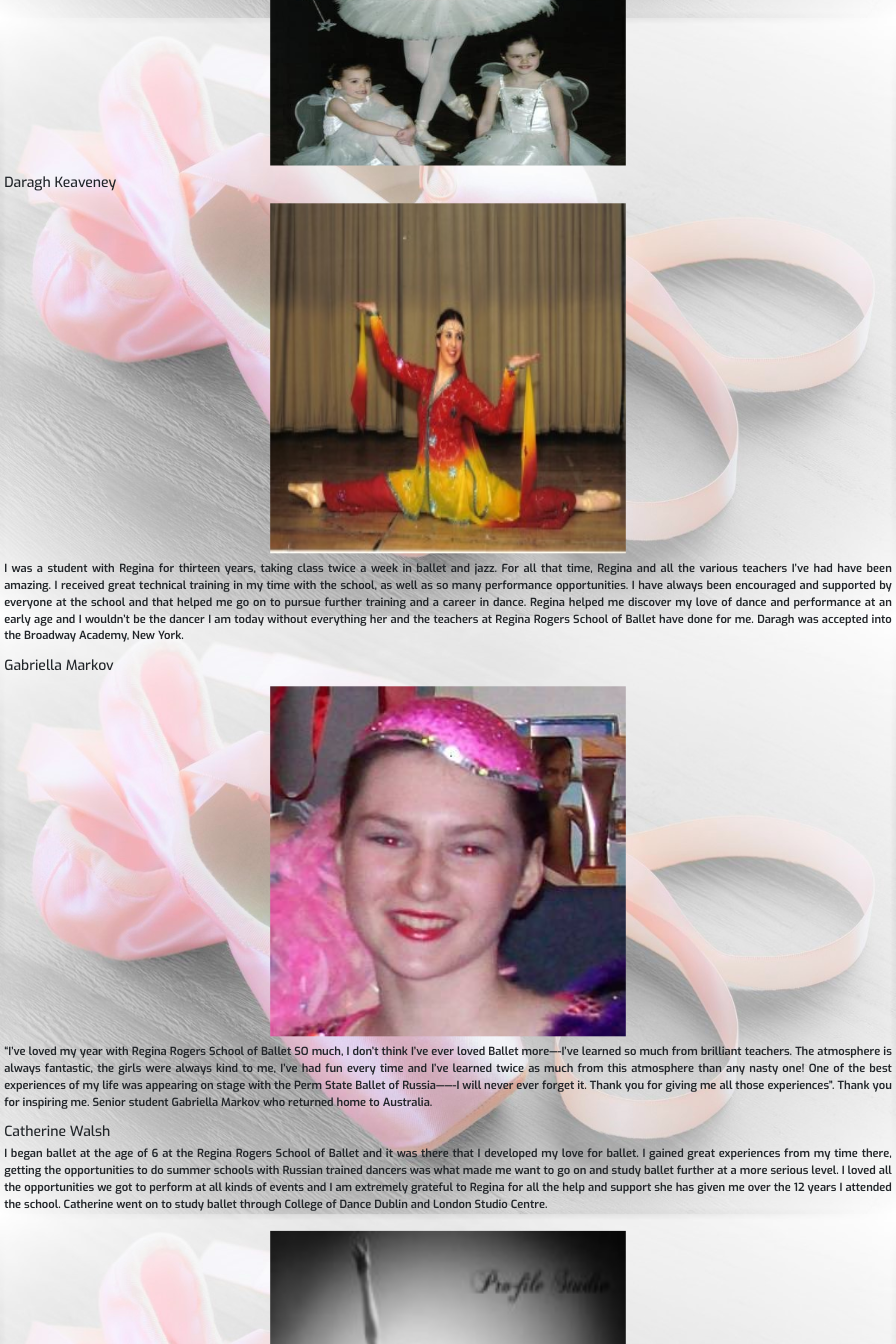
Repository: davidtmiller2010/galwayballet
Page: Testimonial.html
The author's editor kept a record of every edit. The page is drawn from the files as they stood at one moment, then again after the next edit.
The browser window is 1280 px wide. The pictures show the part of the page from y = 829 to 2749 px (the page is 3175 px tall before and 3207 px after), at 70% of full size.

Above is the page before.

### Testimonial.html
<!DOCTYPE html>
<html lang="en">

<head>
    <meta charset="UTF-8">
    <meta name="viewport" content="width=device-width, initial-scale=1.0">
    <meta http-equiv="X-UA-Compatible" content="ie=edge">
    <link rel="stylesheet" href="https://stackpath.bootstrapcdn.com/bootstrap/4.3.1/css/bootstrap.min.css" type="text/css" />
    <link rel="stylesheet" href="https://stackpath.bootstrapcdn.com/font-awesome/4.7.0/css/font-awesome.min.css" type="text/css" />
    <link rel="stylesheet" href="assets/CSS/style1.css" type="text/css" />
    <link href="https://fonts.googleapis.com/css?family=Exo|Roboto" rel="stylesheet">
    <link href="https://fonts.googleapis.com/css?family=Dancing+Script" rel="stylesheet">
    <title>Regina Rogers</title>
</head>

<body>
    <header>
        <div class="navbar ">
            <ul>
                <li><a href="index.html" class=" col-12  col-2"><i class="fa fa-home fa-lg"> Home</i></a></li>
                <li><a href="Classes.html" class=" col-12  col-2"><i class="fa fa-graduation-cap fa-lg"> Classes</i></a></li>
                <li><a href="News.html" class=" col-12  col-2"><i class="fa fa-calendar fa-lg"> News & Events</i></a></li>
                <li><a href="Testimonial.html" class="active col-12  col-2"><i class="fa fa-quote-right fa-lg"> Testimonials</i></a></li>
                <li><a href="Gallery.html" class=" col-12  col-2"><i class="fa fa-image fa-lg"> Gallery</i></a></li>
                <li><a href="Contact.html" class=" col-12  col-2"><i class="fa fa-phone-square fa-lg"> Contact Us</i></a></li>
            </ul>
        </div>
    </header>
    <section class="container-fluid">
        <div class="logo">
            <!---logo--->
        </div>
        <h2 class=heading>Testimonials</h2>
        <div class="row">
            <div class="testimonials">
                <h5 class="testhead">Laura Gaffney</h5>
                <p>I had the absolute honour of spending sixteen years as a member of the Regina Rogers School of Ballet. From the young age of six Regina ignited a love of ballet in me, her sheer grace and dedication shone through in every aspect of her
                    teaching. I cannot thank Regina enough for teaching me how to dance from the tips of my fingers to the tips of my toes. Every year Regina gave us the opportunity to perform in shows as well as numerous appearances at public events.
                    Each student, regardless of grade or ability, was given an equal opportunity to shine. Behind the scenes, Regina was giving us extra practice sessions, advice and constant encouragement. Ballet requires years of hard work and patience,
                    but the results are so rewarding. Elegance, determination and commitment are a few of the many traits Regina instills in her students. I attended her classes from senior infants until well into my college years. I will be forever grateful
                    to Regina, not only for the skills I have learned(and earned!), but for her kindness and friendship throughout.</p>
                <img src="assets/images/laura.jpg" class="image">
                </div>
            <div class="col-sm-1">
            </div>
            <div class="testimonials">
                <h5>Daragh Keaveney</h5>
                <img src="assets/images/Daragh.jpg" class="image" >
                <p>I was a student with Regina for thirteen years, taking class twice a week in ballet and jazz. For all that time, Regina and all the various teachers I’ve had have been amazing. I received great technical training in my time with the school,
                    as well as so many performance opportunities. I have always been encouraged and supported by everyone at the school and that helped me go on to pursue further training and a career in dance. Regina helped me discover my love of dance
                    and performance at an early age and I wouldn’t be the dancer I am today without everything her and the teachers at Regina Rogers School of Ballet have done for me. Daragh was accepted into the Broadway Academy, New York.</p>
            </div>

            <div class="testimonials">
                <h5>Gabriella Markov</h5>
                <img src="assets/images/gabriella.jpg" class="image">
                <p>“I’ve loved my year with Regina Rogers School of Ballet SO much, I don’t think I’ve ever loved Ballet more—-I’ve learned so much from brilliant teachers. The atmosphere is always fantastic, the girls were always kind to me, I’ve had fun
                    every time and I’ve learned twice as much from this atmosphere than any nasty one! One of the best experiences of my life was appearing on stage with the Perm State Ballet of Russia——-I will never ever forget it. Thank you for giving
                    me all those experiences”. Thank you for inspiring me. Senior student Gabriella Markov who returned home to Australia.</p>
            </div>
            <div class="col-sm-1">
            </div>
            <div class=" testimonials">
                <h5>Catherine Walsh</h5>
                <p>I began ballet at the age of 6 at the Regina Rogers School of Ballet and it was there that I developed my love for ballet. I gained great experiences from my time there, getting the opportunities to do summer schools with Russian trained
                    dancers was what made me want to go on and study ballet further at a more serious level. I loved all the opportunities we got to perform at all kinds of events and I am extremely grateful to Regina for all the help and support she
                    has given me over the 12 years I attended the school. Catherine went on to study ballet through College of Dance Dublin and London Studio Centre.</p>
            <img src="assets/images/Catherine.jpg" class="image">
            </div>
        </div>
    </section>
    <footer>
        <div class="footermessage">
            <h7 class="uppercase general">Looking for ballet classes in galway?</h7><br/>
            <p class="inline-block footermessage">
                    We have classes in Galway City and Knocknacarra.
                    <br>
                    Contact Us:
                    <a href="Contact.html" target="_blank">
                     <i class="fa fa-phone-square infobutton" aria-hidden="true"></i>
                    </a>
                        <a target="_blank" href="https://www.facebook.com/Regina-Rogers-School-of-Ballet-568812096482190/">
                            <i class="fa fa-facebook infobutton " aria-hidden="true"></i>
                            <span class="sr-only">Facebook</span>
                        </a>
                        <a target="_blank" href="https://twitter.com/Twitter">
                            <i class="fa fa-twitter infobutton " aria-hidden="true"></i>
                            <span class="sr-only">Twitter</span>
                        </a>
                        <a target="_blank" href="https://www.instagram.com/instagram/">
                            <i class="fa fa-instagram infobutton " aria-hidden="true"></i>
                            <span class="sr-only">Instagram</span>
                        </a>
                </p>
        </div>
    </footer>
    <script src="https://code.jquery.com/jquery-3.3.1.slim.min.js" integrity="sha384-q8i/X+965DzO0rT7abK41JStQIAqVgRVzpbzo5smXKp4YfRvH+8abtTE1Pi6jizo" crossorigin="anonymous"></script>
    <script src="https://cdnjs.cloudflare.com/ajax/libs/popper.js/1.14.7/umd/popper.min.js" integrity="sha384-UO2eT0CpHqdSJQ6hJty5KVphtPhzWj9WO1clHTMGa3JDZwrnQq4sF86dIHNDz0W1" crossorigin="anonymous"></script>
    <script src="https://stackpath.bootstrapcdn.com/bootstrap/4.3.1/js/bootstrap.min.js" integrity="sha384-JjSmVgyd0p3pXB1rRibZUAYoIIy6OrQ6VrjIEaFf/nJGzIxFDsf4x0xIM+B07jRM" crossorigin="anonymous"></script>

</body>

### assets/CSS/style1.css
@import url('https://fonts.googleapis.com/css?family=Exo:100,200,300,400,500,600,700|Roboto:100,200,300,400,500,600,700');

/*----------colors---------*/

.bg-color-details {
    background: none;
    color: #6D4399;
}

.formbg {
    background: none;
}


.bg-color-contact {
    color: #6D4399;
    background: none;
}

/*----------Header---------*/

header {
    margin-bottom: 90px;
}

.navbar {
    overflow: hidden;
    background-color: #6D4399;
    position: fixed;
    top: 0;
    width: 100%;
    height: 90px;
    padding: 0;
    float: right;
}

ul {
    list-style-type: none;
    margin: 0;
    margin-top: 0;
    padding: 0;
    background-color: #6D4399;
}

li {
    float: left;
}

li a {
    display: block;
    color: #B4B7BC;
    text-align: center;
    padding: 14px 16px;
    text-decoration: none;
}

li a:hover:not(.active) {
    background-color: #B4B7BC;
}

li a:hover {
    color: white;
    background-color: #6D4399;
}

.active {
    background-color: #B4B7BC;
    color: #6D4399;
}


/*----------body---------*/

body {
    top: 20px;
    background-image: url("../images/balletshoes.jpg");
    background-size: 100%;
    font-family: "Exo", sans-serif;
}

.logo {
    background: #6D4399;
    background-image: url("../images/reginalogo3.jpg");
    background-position: center;
    background-repeat: no-repeat;
    background-size: contain;
    top: 0;
    width: 100%;
    position: relative;
    height: 150px;
    padding: 0;
    z-index: -1;
    margin: 0;
}


.row {
    margin-left: 5px;
    margin-right: 5px;
}

.paragraph {
    margin: 10px 0;
    text-align: justify;
    text-justify: inter-word;
    font-family: "Exo", Times, serif;
    font-size: 20px;
    font-weight: 500;
    z-index: -1;
}


/*----------Footer---------*/

footer {
    background: #6D4399;
    color: #6D4399;
    padding-bottom: 10px;
    margin: 0;
    text-align: center;
    height: 50px;
}

.footermessage {
    background-color: #B4B7BC;
    margin: 0;
    height: 50px;
    padding: 0px;
}

.infobutton {
    background-color: #B4B7BC;
    font-size: 20px;
    color: #6D4399;
    margin: 0;
    margin-top: 5px;
    padding: 0;
    transition: all 0.5s ease-in-out;
    -moz-transition: all 0.5s ease-in-out;
    -webkit-transition: all 0.5s ease-in-out;
    -o-transition: all 0.5s ease-in-out;
}

.infobutton:hover {
    color: white;
}

/*----------Tables---------*/

.table {
    border: solid;
    width: 80%;
    color: black;
    border-color: #6D4399;
    margin-left: 10%;
    margin-right: 10%;
    background-color: #B4B7BC;
}

table th {
    background: #6D4399;
    color: white;
    border: solid;
    border-color: #6D4399;
    text-align: center;
}

table td {
    border: solid;
    color: black;
    border-color: #6D4399;
}

#formstyle {
    width: 50%;
    display: inline-block;
    text-align: center;
    margin-left: 25%;
    margin-right: 25%;
}

.form-row {
    margin-top: 5px;
}

/*----------General---------*/

.headers {
    font-weight: 800;
    font-family: "Exo", sans-serif;
    text-align: center;
    text-decoration: underline;
}

.heading {
    font-weight: 600;
    font-family: "Exo", sans-serif;
    text-align: center;
    margin-top: 10px;
    font-size:40px;

}

.headerstyle {
    font-weight: 700;
    font-family: "Exo", sans-serif;
    text-align: center;
    margin-bottom: 15px;
}

.testhead {
    font-weight: 600;
    font-family: "Exo", sans-serif;
    text-align: center;
    margin-top: 20px;
    font-size: 30px;
    text-decoration: underline;
}

.container-fluid {
    padding: 0;
    margin: 0;
}

.contact-heading {
    margin: 25px 0;
}

.gallery {
    margin: 1px;
    width: 100%;
    text-align: center;
}

.news {
    z-index: -1;
    font-weight: 600;
    text-align: center;
    margin:10px 10px 0 ;
}

.newsheader {
    margin: 20px 0;
    text-align: center;
    text-decoration: underline;
    font-weight: bold;
    color: #6D4399;
}

.bordernews {
    border-style: solid;
    border-width: 1px;
    font-weight: 600;
}

 .center {
        width: 50%;
        display: block;
        margin-left: auto;
        margin-right: auto;
        height: 50%;
    }

.fontsize {
    font-size:15px;
}

/*----------Testimonials---------*/

/*.testimonials {
    padding: 0;
    margin-left: 10px;
    margin-right: 2px;
    margin-bottom: 10px;
    text-align: justify;
    z-index: -1;
    font-weight: 600;
    font-family: "Exo", sans-serif;
}*/

.testimonials {
    padding: 0;
    margin: 5px;
    width: 100%;
    text-align: justify;
    z-index: -1;
    font-weight: 600;
    font-family: "Exo", sans-serif;
}

.image {
    width: 250px;
    height: 200px;
    margin: 5px 12.5%;
}

/*----------Media Queries---------*/

@media screen and (max-width: 767px)
/* Mobile */

    {

    nav ul a {
        margin-right: 60%;
        display: inline-block;
    }
}

@media screen and (min-width: 768px) and (max-width: 991px)
/* Tablet */

    {

    nav ul a {
        margin-right: 25%;
        display: inline-block;
    }

    .gallery {
        margin: 1px;
        width: 49%;
        text-align: center;
    }

    .testimonials {
        padding: 0;
        margin: 1px;
        width: 100%;
        text-align: justify;
        z-index: -1;
        font-weight: 600;
        font-family: "Exo", sans-serif;
    }

    .image {
        width: 60%;
        height: 400px;
        margin: 10px 20%;
    }

    .center {
        width: 40%;
        display: block;
        margin:10px 30%;
        height: 50%;
    }
}

@media screen and (min-width: 992px)
/* Desktop */

    {
    .gallery {
        margin: 1px;
        width: 24%;
        text-align: center;
    }

    .testimonials {
        padding: 0;
        margin: 1px;
        width: 100%;
        text-align: justify;
        z-index: -1;
        font-weight: 600;
        font-family: "Exo", sans-serif;
    }

    .image {
        width: 40%;
        height: 500px;
        margin: 10px 30%;
    }

    .center {
        width: 500;
        display: block;
        margin:10px 25%;
        height: 400;
        text-align: center;

    }


}

After the next edit:
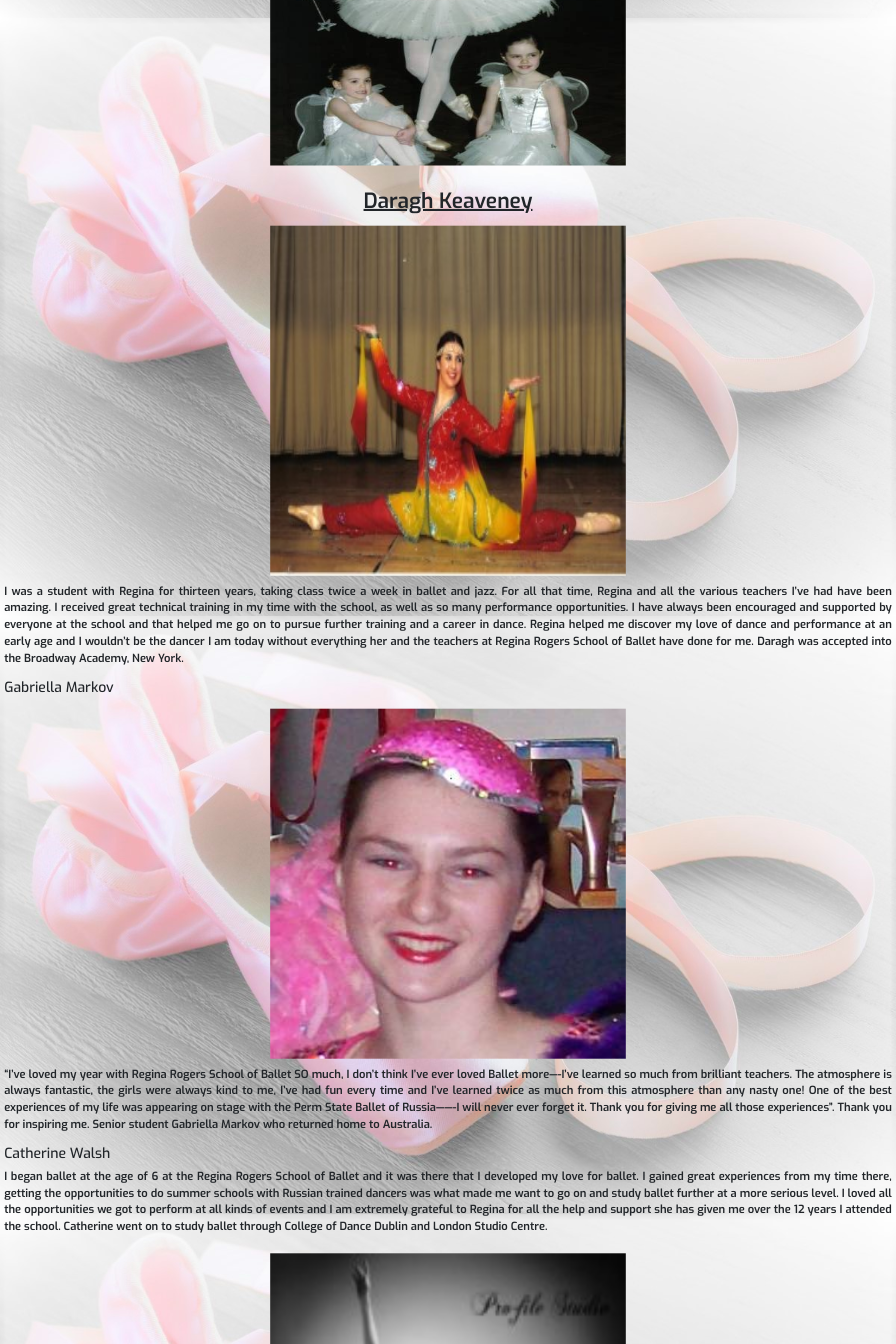
The edit:
--- a/Testimonial.html
+++ b/Testimonial.html
@@ -44,7 +44,7 @@
             <div class="col-sm-1">
             </div>
             <div class="testimonials">
-                <h5>Daragh Keaveney</h5>
+                <h5 class="testhead">Daragh Keaveney</h5>
                 <img src="assets/images/Daragh.jpg" class="image" >
                 <p>I was a student with Regina for thirteen years, taking class twice a week in ballet and jazz. For all that time, Regina and all the various teachers I’ve had have been amazing. I received great technical training in my time with the school,
                     as well as so many performance opportunities. I have always been encouraged and supported by everyone at the school and that helped me go on to pursue further training and a career in dance. Regina helped me discover my love of dance
